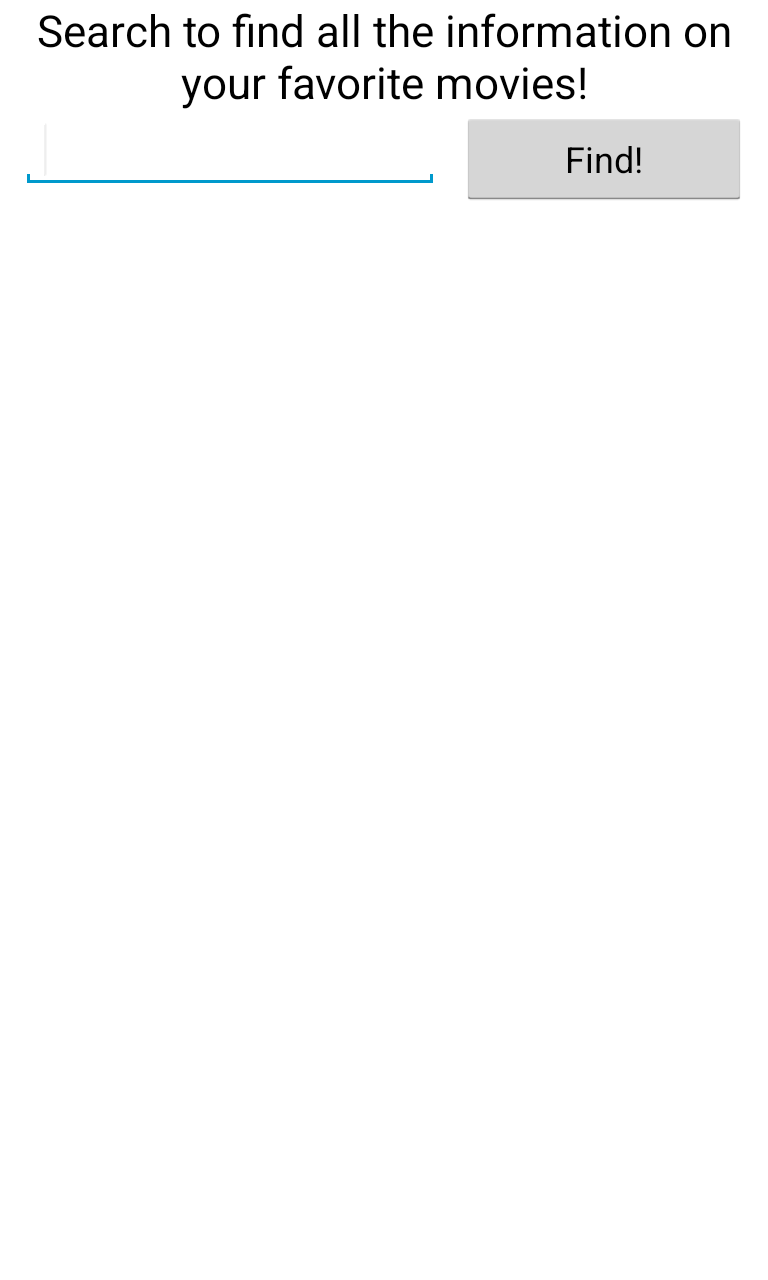
Repository: laurenelder/Java2_Elder
Layout: MovieLookup/res/layout/activity_main.xml
An editor plug-in stored every save of this project. The layout is shown before and after the next save, followed by the edit.
It is drawn on a 768 x 1280 px phone screen (xhdpi) without system bars, with theme AppTheme; the app's code is not run. Lists and similar views that code fills are empty.

Above is the layout before, as saved 2014-07-09 23:28:48.

After the next save:
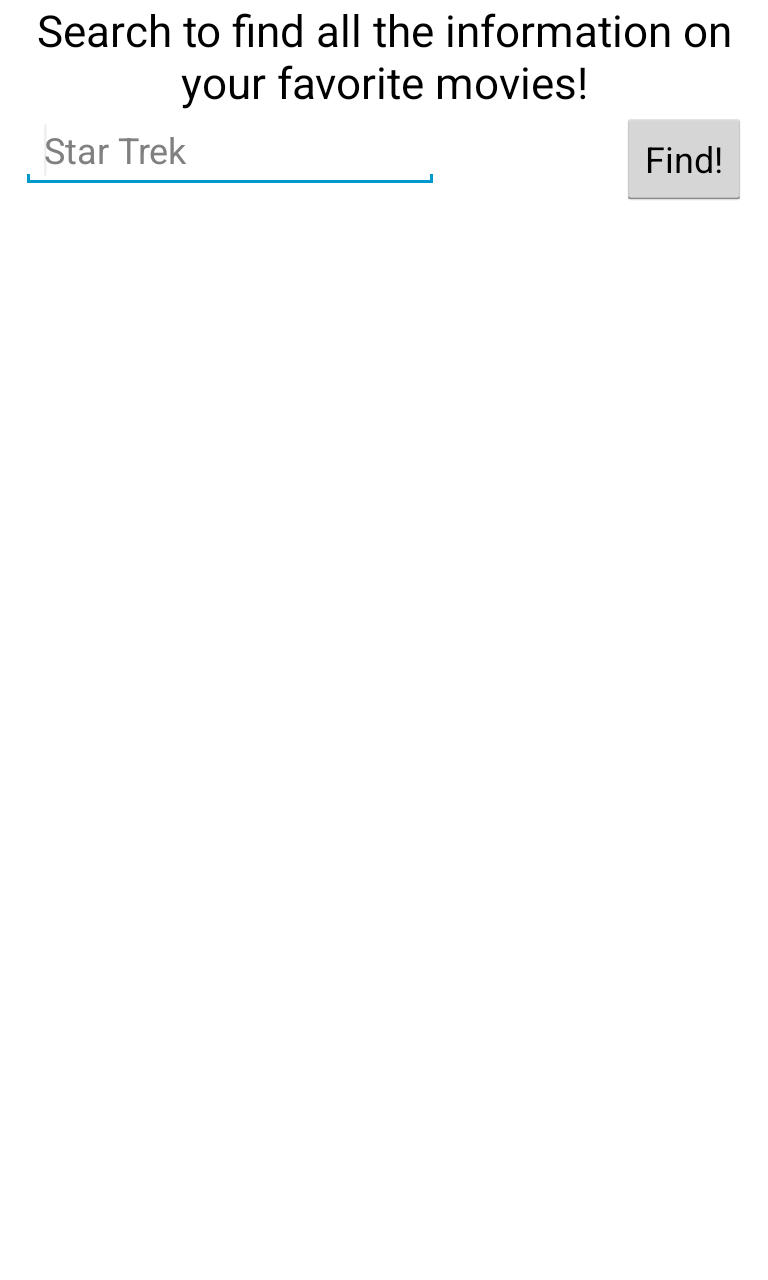
Saved 117 s later.
--- a/MovieLookup/res/layout/activity_main.xml
+++ b/MovieLookup/res/layout/activity_main.xml
@@ -21,19 +21,20 @@
         android:layout_height="wrap_content" >
 
         <EditText
-            android:id="@+id/editText1"
+            android:id="@+id/searchField"
             android:layout_width="wrap_content"
             android:layout_height="wrap_content"
             android:layout_alignParentLeft="true"
             android:layout_alignParentTop="true"
             android:layout_marginLeft="10dp"
+            android:hint="Star Trek"
             android:ems="10" >
 
             <requestFocus />
         </EditText>
 
         <Button
-            android:id="@+id/button1"
+            android:id="@+id/findButton"
             android:layout_width="wrap_content"
             android:layout_height="wrap_content"
             android:layout_alignParentTop="true"
